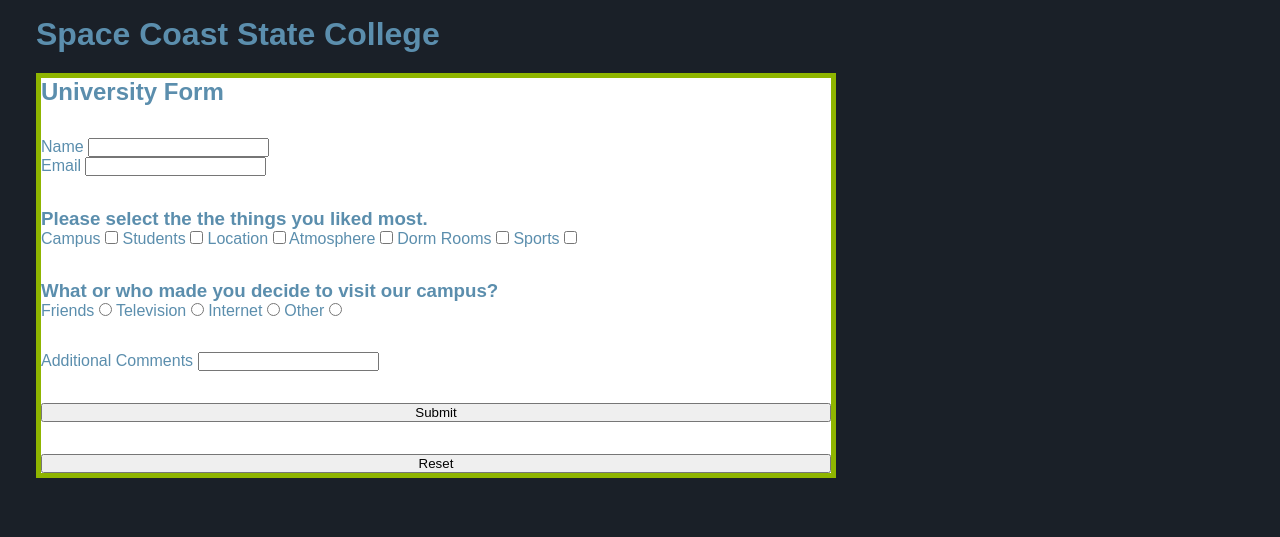
Repository: mlmEFSC21/P2-University-Form
Page: index.html
These files come from the project's save history. The page is drawn as it stood at one moment and after the next save; the edit follows.
The browser window is 1280 px wide. The pictures show the whole page.
Some web fonts or font styles are not loaded; a fallback is used.

Above is the page before, as saved 2022-01-29 18:49:43.

### index.html
<!DOCTYPE html>
<html lang="en">
    <head>
        <meta charset="UTF-8" />
        <meta http-equiv="X-UA-Compatible" content="IE=edge" />
        <meta name="viewport" content="width=device-width, initial-scale=1.0" />
        <title>University Form</title>
        <link rel="stylesheet" href="uniFormStyles.css" />
    </head>
    <body>
        <header>
            <h1>Space Coast State College</h1>
        </header>
        <main>
          <section class="flex">
            <h2>University Form</h2>
            <article class="info">
            <!-- REMEMBER TO CHANGE THIS TO A POST TO DEITEL!!!!!!!!!!-->
            <form action="results.html" method="GET">
                <div>
                    <label for="name">Name</label>
                    <input type="text" id="name" name="name" required />
                </div>
                <div>
                    <label for="email">Email</label>
                    <input type="email" id="email" name="email" required />
                </div>
                </article>
                <article class="favFeatures">
                    <h3>Please select the the things you liked most.</h3>
                    <label for="campus">Campus</label>
                    <input type="checkbox" id="campus" name="campus" />
                    <label for="students">Students</label>
                    <input type="checkbox" id="students" name="students" />
                    <label for="location">Location</label>
                    <input type="checkbox" id="location" name="location" />
                    <label for="atmosphere">Atmosphere</label>
                    <input type="checkbox" id="atmosphere" name="atmosphere" />
                    <label for="dorms">Dorm Rooms</label>
                    <input type="checkbox" id="dorms" name="dorms" />
                    <label for="sports">Sports</label>
                    <input type="checkbox" id="sports" name="sports" />
                </article>
                <article class="">
                    <h3>What or who made you decide to visit our campus?</h3>
                    <label for="friends">Friends</label>
                    <input type="radio" id="friends" name="referred" required />
                    <label for="television">Television</label>
                    <input type="radio" id="television" name="referred" />
                    <label for="internet">Internet</label>
                    <input type="radio" id="internet" name="referred" />
                    <label for="other">Other</label>
                    <input type="radio" id="other" name="referred" />
                </article>
                <div>
                    <label for="comments">Additional Comments</label>
                    <input type="text" id="comments" name="comments" />
                </div>
                <button type="submit" class="submit">Submit</button>
                <button type="reset" class="reset">Reset</button>
            </form>
            </section>
        </main>
    </body>
</html>

### uniFormStyles.css
@import url("https://fonts.googleapis.com/css2?family=Spectral:wght@300&display=swap");

:root {
    --clr-prime: #003c5e;
    --clr-second: #1a2028;
    --clr-accent: #8fb500;
    --clr-font-prime: #5b8ead;
    --clr-font-second: black;
}

* {
    margin: 0;
    padding: 0;
    box-sizing: border-box;
}
body {
    margin: 0 1.25em;
    padding: 1em;
    background-color: var(--clr-second);
    font-family: "Spectral", sans-serif;
    color: var(--clr-font-prime);
}
header {
    color: var(--clr-font-prime);
    margin-bottom: 1.25em;
}
.flex {
    display: flex;
    flex-direction: column;
    max-width: 800px;
    border: 5px solid var(--clr-accent);
    background-color: white;
    gap: 2rem;
    justify-content: center;
    justify-items: center;
}
form {
    padding: auto;
}

After the next save:
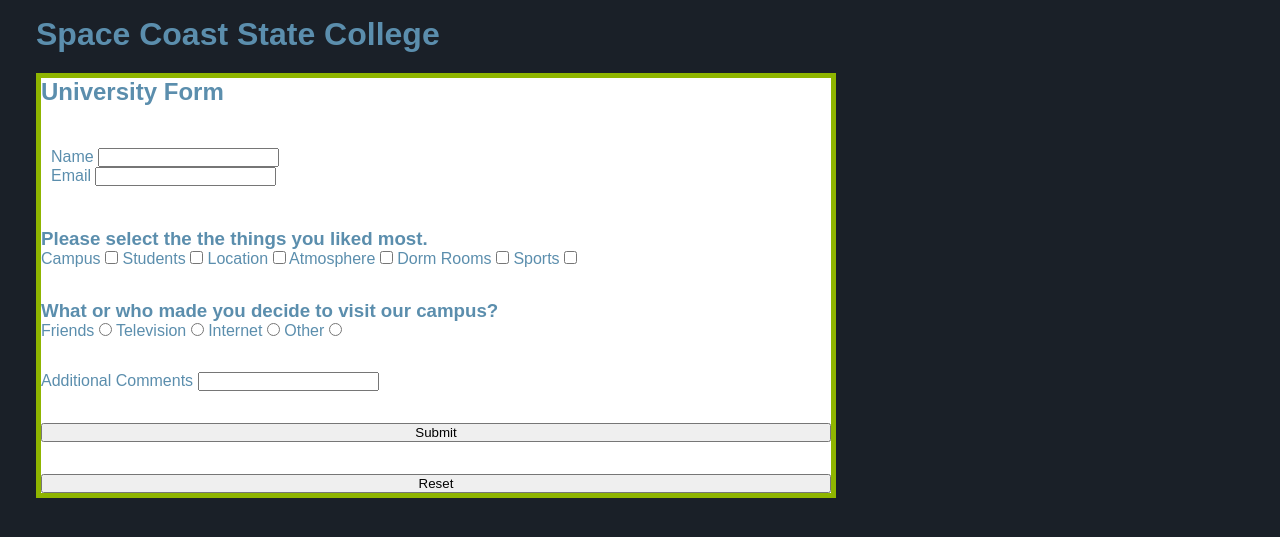
Saved 5 s later.
--- a/uniFormStyles.css
+++ b/uniFormStyles.css
@@ -35,5 +35,5 @@ header {
     justify-items: center;
 }
 form {
-    padding: auto;
+    padding: 10px;
 }
